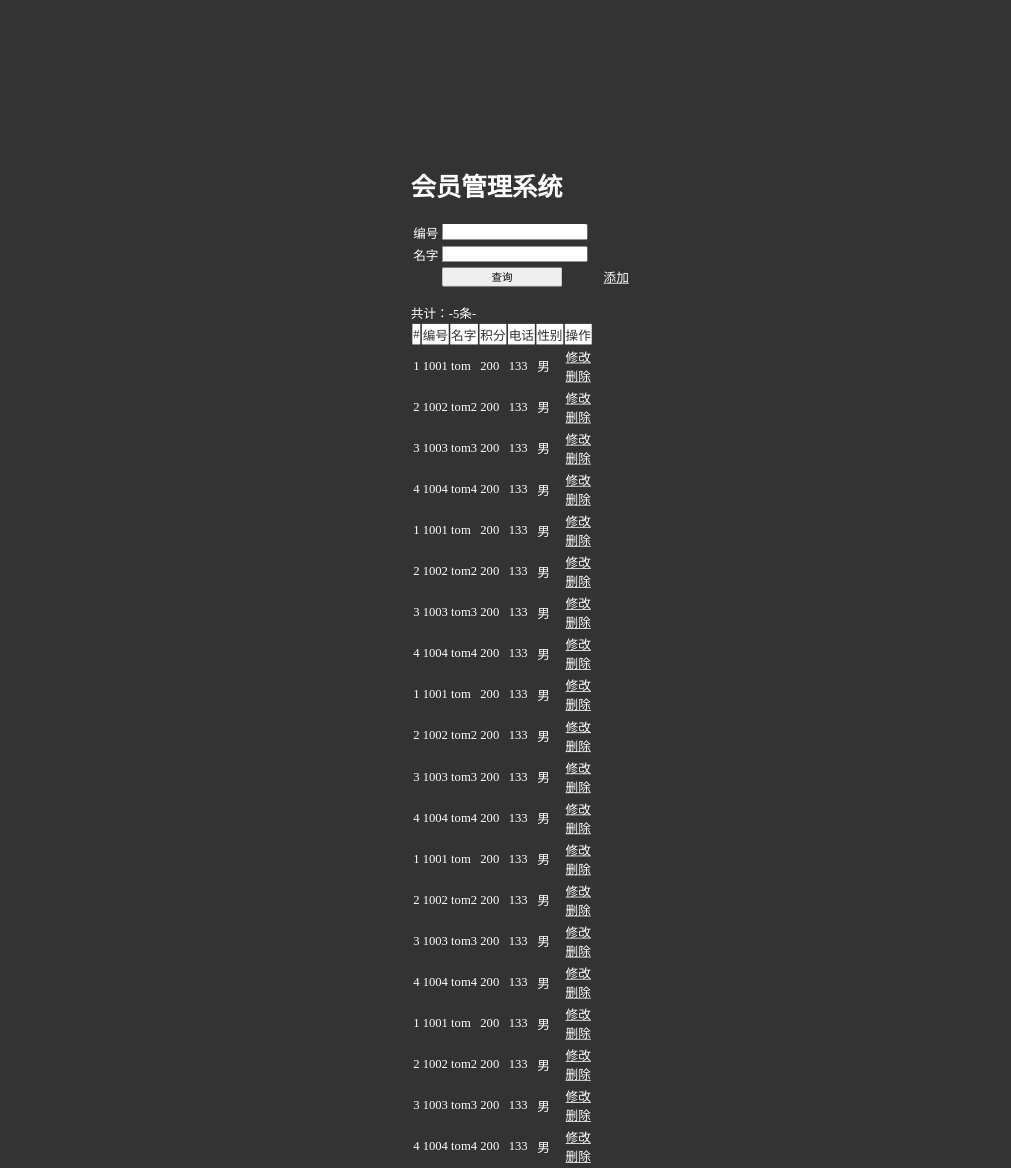
Repository: JasonYan2015/FE-learning-examples
Page: http://localhost/test20160727/home.jsp
The author's editor kept a copy of each file at every save. The page is drawn from the files as they stood at one save, then again after the next save.
The browser window is 1280 px wide. The pictures show the whole page, at 79% of full size.
The page is served by Tomcat 9. Other server files are loaded and not shown.

Above is the page before, as saved 2016-07-28 01:42:19.

### eclipse/test20160727/WebContent/home.jsp
<%@ page language="java" contentType="text/html; charset=UTF-8"
    pageEncoding="UTF-8"%>
<!DOCTYPE html PUBLIC "-//W3C//DTD HTML 4.01 Transitional//EN" "http://www.w3.org/TR/html4/loose.dtd">
<html>
<head>
<meta http-equiv="Content-Type" content="text/html; charset=UTF-8">
<title>Insert title here</title>
	<style>
		body
		{
			position: absolute;
			left: 50%;
			top: 50%;
			margin-left: -120px;
			margin-top: -170px;
 			background-color:#333;
 			font-family: "微软雅黑";
 			color: white;
		}

	</style>
</head>
<body>
	<h1>会员管理系统</h1>
	<form action="select" method="post">
		<table>
			<tr>
				<td>编号</td>
				<td><input type="text" name="id"></td>
				<td></td>
			</tr>
			<tr>
				<td>名字</td>
				<td><input type="text" name="name"></td>
				<td></td>
			</tr>
			<tr>
				<td></td>
				<td><input type="submit" value="查询" style="width: 153px;"></td>
				<td>&nbsp;&nbsp;&nbsp;&nbsp;<a href="add.jsp" style="color: white;">添加</a></td>
			</tr>
		</table>
	</form>

	<br>
	共计：-5条-
		<table>
			<tr style="background-color: white;color: #333;">
				<td>#</td>
				<td>编号</td>
				<td>名字</td>
				<td>积分</td>
				<td>电话</td>
				<td>性别</td>
				<td>操作</td>
			</tr>
<%
	for(int i = 0;i < 5; i++){
%>
			<tr>
				<td>1</td>
				<td>1001</td>
				<td>tom</td>
				<td>200</td>
				<td>133</td>
				<td>男</td>
				<td>
					<div id="updateAdr"><a href="update.jsp?id=1001&name=tom&score=200&phone=133&sex=1" style="color: white;">修改</a></div>
					<div id="deleteAdr"><a href="delete.jsp" style="color: white;">删除</a></div>
				</td>
			</tr>
			<tr>
				<td>2</td>
				<td>1002</td>
				<td>tom2</td>
				<td>200</td>
				<td>133</td>
				<td>男</td>
				<td>
					<div id="updateAdr"><a href="update.jsp" style="color: white;">修改</a></div>
					<div id="deleteAdr"><a href="delete.jsp" style="color: white;">删除</a></div>
				</td>
			</tr>
			<tr>
				<td>3</td>
				<td>1003</td>
				<td>tom3</td>
				<td>200</td>
				<td>133</td>
				<td>男</td>
				<td>
					<div id="updateAdr"><a href="update.jsp" style="color: white;">修改</a></div>
					<div id="deleteAdr"><a href="delete.jsp" style="color: white;">删除</a></div>
				</td>
			</tr>
			<tr>
				<td>4</td>
				<td>1004</td>
				<td>tom4</td>
				<td>200</td>
				<td>133</td>
				<td>男</td>
				<td>
					<div id="updateAdr"><a href="update.jsp" style="color: white;">修改</a></div>
					<div id="deleteAdr"><a href="delete.jsp" style="color: white;">删除</a></div>
				</td>
			</tr>
<%
	}
%>
		</table>



</body>
</html>

After the next save:
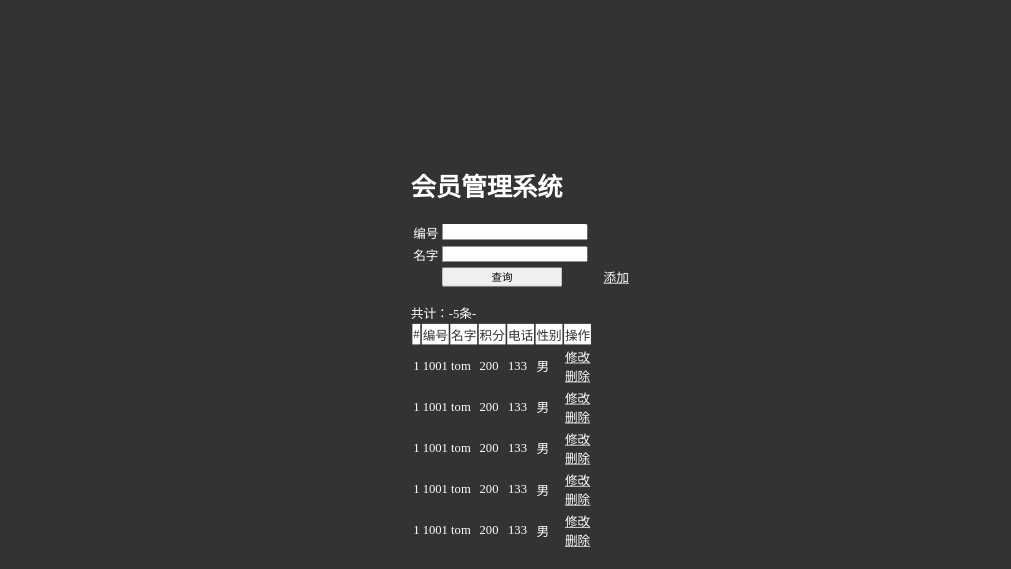
Saved 117 s later.
--- a/eclipse/test20160727/WebContent/home.jsp
+++ b/eclipse/test20160727/WebContent/home.jsp
@@ -69,42 +69,6 @@
 					<div id="deleteAdr"><a href="delete.jsp" style="color: white;">删除</a></div>
 				</td>
 			</tr>
-			<tr>
-				<td>2</td>
-				<td>1002</td>
-				<td>tom2</td>
-				<td>200</td>
-				<td>133</td>
-				<td>男</td>
-				<td>
-					<div id="updateAdr"><a href="update.jsp" style="color: white;">修改</a></div>
-					<div id="deleteAdr"><a href="delete.jsp" style="color: white;">删除</a></div>
-				</td>
-			</tr>
-			<tr>
-				<td>3</td>
-				<td>1003</td>
-				<td>tom3</td>
-				<td>200</td>
-				<td>133</td>
-				<td>男</td>
-				<td>
-					<div id="updateAdr"><a href="update.jsp" style="color: white;">修改</a></div>
-					<div id="deleteAdr"><a href="delete.jsp" style="color: white;">删除</a></div>
-				</td>
-			</tr>
-			<tr>
-				<td>4</td>
-				<td>1004</td>
-				<td>tom4</td>
-				<td>200</td>
-				<td>133</td>
-				<td>男</td>
-				<td>
-					<div id="updateAdr"><a href="update.jsp" style="color: white;">修改</a></div>
-					<div id="deleteAdr"><a href="delete.jsp" style="color: white;">删除</a></div>
-				</td>
-			</tr>
 <%
 	}
 %>
